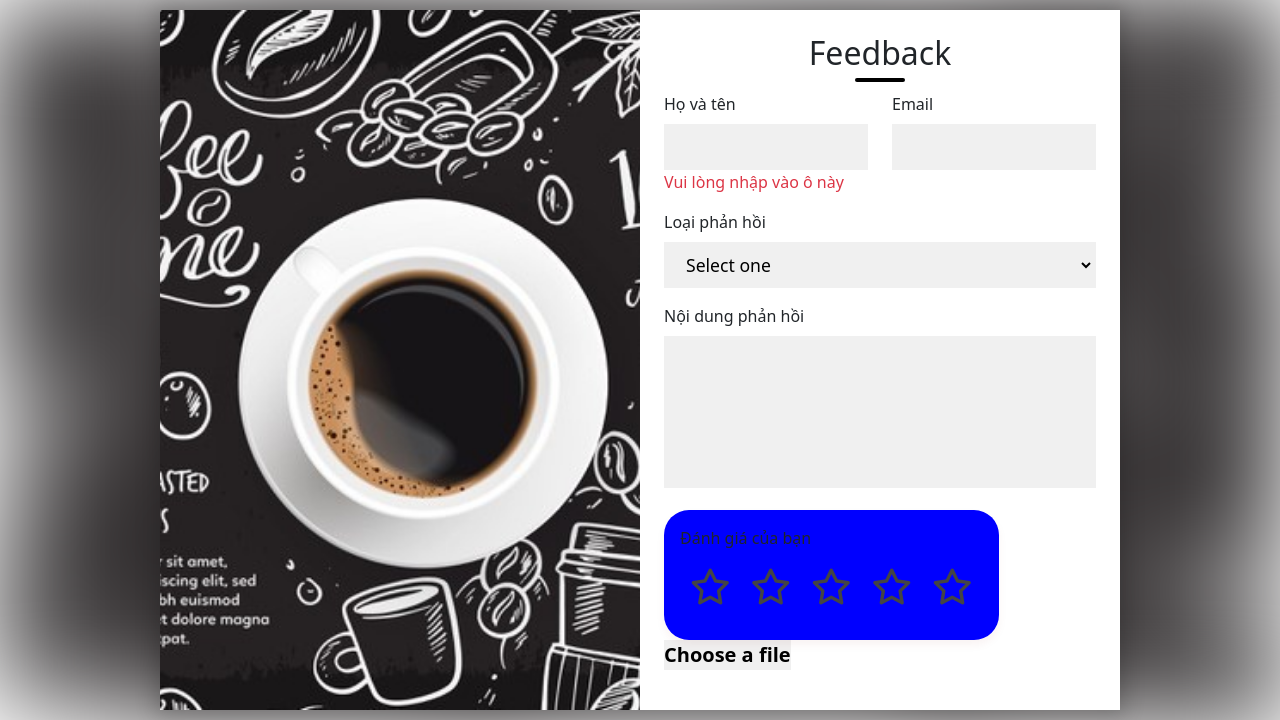
Repository: LeDongGyC/html-css
Page: HTML CSS/prototype/index.html
An editor plug-in stored every save of this project. The page is shown before and after the next save, followed by the edit.
The browser window is 1280 px wide. The pictures show the whole page.
Some web libraries are served in a nearby version. The style sheet was rebuilt from its Sass, Less or Tailwind sources for each picture, by a compiler version that may differ from the author's.

Above is the page before, as saved 2023-05-24 12:14:54.

### HTML CSS/prototype/index.html
<!doctype html>
<html lang="en">

<head>
  <title>Title</title>
  <!-- Required meta tags -->
  <meta charset="utf-8">
  <meta name="viewport" content="width=device-width, initial-scale=1, shrink-to-fit=no">
  <link rel="stylesheet" href="style.css">
  <link rel="stylesheet" href="reset.css">
  <!-- <script src="index.js"></script> Bootstrap CSS v5.2.1 -->
  <script>
    var inputs = document.querySelectorAll('.inputfile');
    Array.prototype.forEach.call(inputs, function (input) {
      var label = input.nextElementSibling,
        labelVal = label.innerHTML;
      input.addEventListener('change', function (e) {
        var fileName = '';
        if (this.files && this.files.length > 1)
          fileName = (this.getAttribute('data-multiple-caption') || '').replace('{count}', this.files.length);
        else
          fileName = e.target.value.split('\\').pop();

        if (fileName)
          label.querySelector('span').innerHTML = fileName;
        else
          label.innerHTML = labelVal;
      });
    });
  </script>
  <link href="https://cdn.jsdelivr.net/npm/bootstrap@5.2.1/dist/css/bootstrap.min.css" rel="stylesheet"
    integrity="sha384-iYQeCzEYFbKjA/T2uDLTpkwGzCiq6soy8tYaI1GyVh/UjpbCx/TYkiZhlZB6+fzT" crossorigin="anonymous">
    <link rel='stylesheet prefetch' href='https://netdna.bootstrapcdn.com/font-awesome/3.2.1/css/font-awesome.css'>

</head>

<body class="">
  <div class="containerr">
    <div class="feedback-box">
      <div class="feedback-box_left"></div>
      <div class="feedback-box_right">
        <h2 class="feedback-box_right-title">Feedback</h2>
        <div class="row">
          <div class="mb-3 col-md-6">
            <label for="name" class="form-label">Họ và tên</label>
            <input type="text" class=" feedback-box_right-item" name="" id="name" aria-describedby="helpId"
              placeholder="">
              <span class="text-danger">Vui lòng nhập vào ô này</span>
          </div>
          <div class="mb-3 col-md-6">
            <label for="email" class="form-label">Email</label>
            <input type="text" class=" feedback-box_right-item" name="" id="email" aria-describedby="helpId"
              placeholder="">
          </div>
        </div>

        <div class="mb-3">
          <label for="typeFeedback" class="form-label">Loại phản hồi</label>
          <select class="feedback-box_right-item " name="" id="typeFeedback">
            <option selected disabled>Select one</option>
            <option value="" class="feedback-box_right-item-selected">Option 1</option>
            <option value="" class="feedback-box_right-item-selected">Option 2</option>
            <option value="" class="feedback-box_right-item-selected">Option 3</option>
          </select>
        </div>
        <div class="mb-3">
          <label for="feedback" class="form-label">Nội dung phản hồi</label>
          <textarea type="" class=" feedback-box_right-item" name="" id="feedback" aria-describedby="helpId"
            placeholder="" rows="5"></textarea>
        </div>
        <div class="stars">
          <form action="">
            <header>Đánh giá của bạn</header>
            <input class="star star-5" id="star-5" type="radio" name="star"/>
            <label class="star star-5" for="star-5"></label>
            <input class="star star-4" id="star-4" type="radio" name="star"/>
            <label class="star star-4" for="star-4"></label>
            <input class="star star-3" id="star-3" type="radio" name="star"/>
            <label class="star star-3" for="star-3"></label>
            <input class="star star-2" id="star-2" type="radio" name="star"/>
            <label class="star star-2" for="star-2"></label>
            <input class="star star-1" id="star-1" type="radio" name="star"/>
            <label class="star star-1" for="star-1"></label>
          </form>
        </div>
        <div class="mb-3">
          <input type="file" name="file" id="file" class="inputfile" data-multiple-caption="{count} files selected"
            multiple />
          <label for="file">Choose a file</label>
        </div>
      </div>
    </div>
  </div>
  <!-- Bootstrap JavaScript Libraries -->
  <!-- <script src="https://cdn.jsdelivr.net/npm/@popperjs/core@2.11.6/dist/umd/popper.min.js"
    integrity="sha384-oBqDVmMz9ATKxIep9tiCxS/Z9fNfEXiDAYTujMAeBAsjFuCZSmKbSSUnQlmh/jp3" crossorigin="anonymous">
    </script>

  <script src="https://cdn.jsdelivr.net/npm/bootstrap@5.2.1/dist/js/bootstrap.min.js"
    integrity="sha384-7VPbUDkoPSGFnVtYi0QogXtr74QeVeeIs99Qfg5YCF+TidwNdjvaKZX19NZ/e6oz" crossorigin="anonymous">
    </script> -->
</body>

</html>

### HTML CSS/prototype/style.scss
* {
  box-sizing: border-box;
}
html {
  font-size: 62.5%;
}
body {
  font-size: 1.6rem;
  font-family: "Arial", sans-serif;
  font-weight: normal;
  height: 100vh;
  width: 100%;
}
.containerr {
  position: relative;
  width: 100%;
  height: 100%;
  display: flex;
  justify-content: center;
  align-items: center;
  padding: 2rem 10rem;
  // background-image: linear-gradient(rgba(87, 79, 51, 0.5), rgba(87, 79, 51, 0.5)),url('https://img.freepik.com/free-vector/realistic-coffee-background-with-drawings_79603-607.jpg?w=2000');
  //   background-attachment: fixed;
  //   height: 1300px;
  &::after {
    content: "";
    position: absolute;
    width: 100%;
    height: 100%;
    left: 0;
    top: 0;
    background: url("cafe.jpg") no-repeat center;
    background-size: cover;
    filter: blur(50px);
    z-index: -1;
  }
}
.feedback-box {
  max-width: 85rem;
  // min-width: 70vw;
  display: grid;
  grid-template-columns: repeat(2, 1fr);
  justify-content: center;
  // align-items: center;
  // text-align: center;
  background-color: #fff;
  box-shadow: 0px 0px 19px 5px rgba(0, 0, 0, 0.19);
  &_left {
    background: url("cafe.jpg") no-repeat center;
    display: block;
    background-size: cover;
    // object-fit: cover;
    height: 100%;
  }
  &_right {
    padding: 1.5rem;
    &-title {
      position: relative;
      align-items: center;
      text-align: center;
      padding: 0 0 10px;
      margin-bottom: 10px;
      &::after {
        content: "";
        position: absolute;
        left: 50%;
        bottom: 0;
        transform: translateX(-50%);
        height: 4px;
        width: 50px;
        border-radius: 2px;
        background-color: black;
      }
    }
    &-item {
      width: 100%;
      border: 2px solid rgba(0, 0, 0, 0);
      outline: none;
      background-color: rgba(230, 230, 230, 0.6);
      padding: 0.5rem 1rem;
      font-size: 1.1rem;
      //   margin-bottom: 22px;
      transition: 0.3s;
      &:hover {
        background-color: rgba(0, 0, 0, 0.1);
      }
      &:focus {
        border: 2px solid rgba(30, 85, 250, 0.47);
        background-color: #fff;
      }
      &:last-child {
        resize: none;
      }
    }
  }
}
.inputfile {
  width: 0.1px;
  height: 0.1px;
  opacity: 0;
  overflow: hidden;
  position: absolute;
  z-index: -1;
}
.inputfile + label {
  font-size: 1.25em;
  font-weight: 700;
  color: black;
  background-color: rgba(230, 230, 230, 0.6);
  display: inline-block;
  cursor: pointer;
}

.inputfile:focus + label,
.inputfile + label:hover {
  color: rgba(30, 85, 250, 0.47);
  background-color: rgba(0, 0, 0, 0.1);
}
div.stars {
  // width: 270px;
  display: inline-block;
  position: relative;
  background: blue;
  padding: 1rem;
  border-radius: 25px;
  box-shadow: 0 5px 10px rgba(145, 25, 25, 0.05);
}

input.star { display: none; }

label.star {
  float: right;
  padding: 10px;
  font-size: 36px;
  color: #444;
  transition: all .2s;
}

input.star:checked ~ label.star:before {
  content: '\f005';
  color: #FD4;
  transition: all .25s;
}

input.star-5:checked ~ label.star:before {
  color: #FE7;
  text-shadow: 0 0 20px #952;
}

input.star-1:checked ~ label.star:before { color: #F62; }

label.star:hover { transform: rotate(-15deg) scale(1.3); }

label.star:before {
  content: '\f006';
  font-family: FontAwesome;
}

Loaded but not shown: HTML CSS/prototype/reset.css (common file)

After the next save:
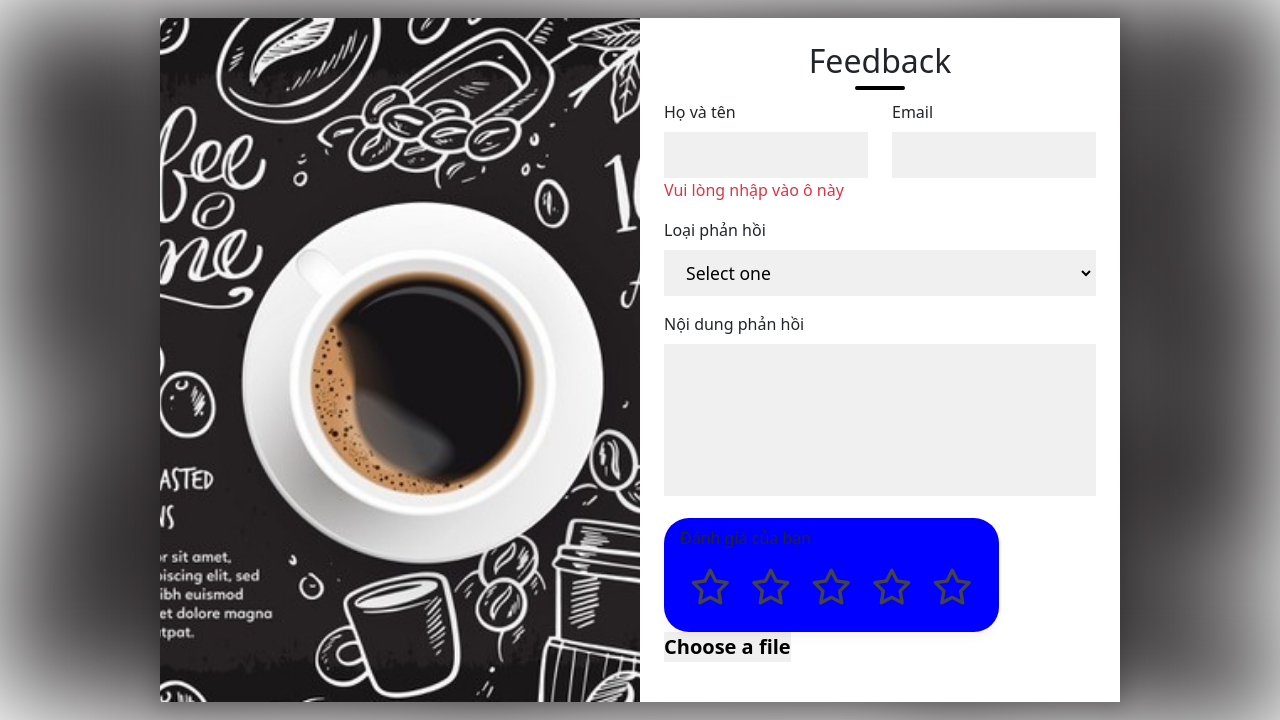
Saved 15 s later.
--- a/HTML CSS/prototype/style.scss
+++ b/HTML CSS/prototype/style.scss
@@ -121,7 +121,7 @@ div.stars {
   display: inline-block;
   position: relative;
   background: blue;
-  padding: 1rem;
+  padding: 0.5rem 1rem;
   border-radius: 25px;
   box-shadow: 0 5px 10px rgba(145, 25, 25, 0.05);
 }
